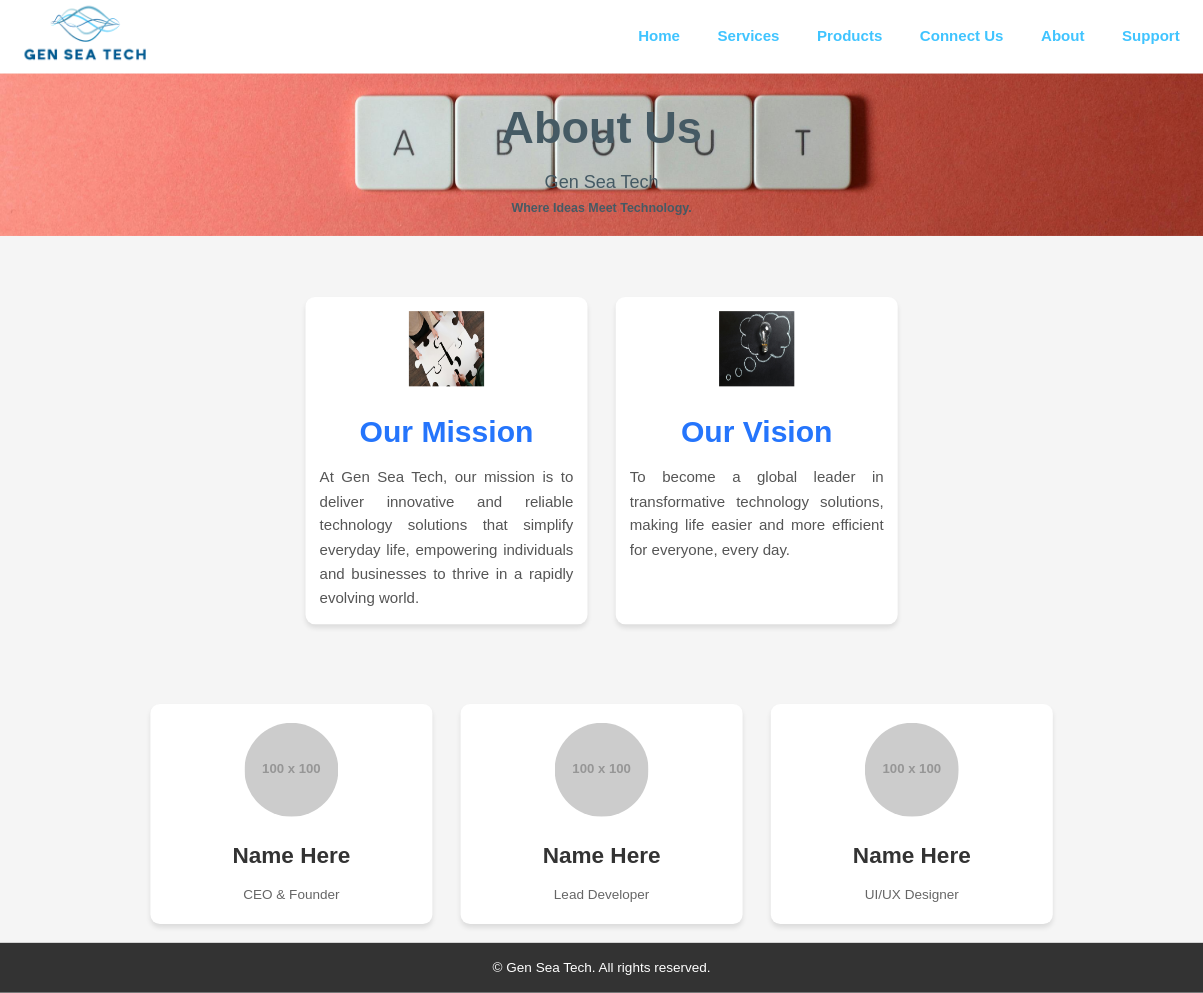
Repository: aniketkhatawkar/Gen_Sea_Tech
Page: http://localhost/GenSeaTech/about.jsp
The author's editor kept a copy of each file at every save. The page is drawn from the files as they stood at one save, then again after the next save.
The browser window is 1280 px wide. The pictures show the whole page, at 94% of full size.
The page is served by Tomcat 10. Other server files are loaded and not shown.

Above is the page before, as saved 2024-12-14 12:04:37.

### GenSeaTech/src/main/webapp/about.jsp
<!DOCTYPE html>
<html lang="en">
<head>
<meta charset="UTF-8">
<meta name="viewport" content="width=device-width, initial-scale=1.0">
<title>About</title>
<link rel="icon" href="assets/logo.png" type="image/png" >
<style>
    * {
        margin: 0;
        padding: 0;
        box-sizing: border-box;
        font-family: 'Arial', sans-serif;
    }

    body {
        background-color: #f5f5f5;
        color: #333;
        overflow-x: hidden;
    }

    header {
	    background:  url("assets/about.jpg") no-repeat center center;
	    background-size: cover;
	    object-fit: cover;
		color: #455a64;
	    padding: 20px 10px;
	    text-align: center;
	}

    header h1 {
        font-size: 3rem;
        margin-bottom: 5px;
    }

    header p {
        font-size: 1.2rem;
    }

    .mission-vision-section {
        display: flex;
        flex-wrap: wrap;
        justify-content: center;
        gap: 30px;
        margin: 15px;
        padding: 50px;
    }

    .mission-vision-card {
        background: white;
        border-radius: 10px;
        box-shadow: 0 4px 6px rgba(0, 0, 0, 0.1);
        padding: 15px;
        text-align: center;
        width: 300px;
        transition: transform 0.3s ease, box-shadow 0.3s ease;
    }

    .mission-vision-card img {
        width: 80px;
        height: 80px;
        margin-bottom: 15px;
    }

    .mission-vision-card h2 {
        font-size: 2rem;
        color: #2575fc;
        margin-bottom: 10px;
    }

    .mission-vision-card p {
        font-size: 1rem;
        line-height: 1.6;
        color: #555;
        text-align: justify;
    }

    .about-section {
        display: flex;
        flex-wrap: wrap;
        justify-content: center;
        padding: 20px 10px;
        gap: 30px;
    }

    .about-card {
        background: white;
        border-radius: 10px;
        box-shadow: 0 4px 6px rgba(0, 0, 0, 0.1);
        padding: 20px;
        text-align: center;
        width: 300px;
        transition: transform 0.3s ease, box-shadow 0.3s ease;
    }

    .about-card:hover {
        transform: translateY(-10px);
        box-shadow: 0 8px 12px rgba(0, 0, 0, 0.2);
    }

    .about-card img {
        width: 100px;
        height: 100px;
        border-radius: 50%;
        margin-bottom: 15px;
    }

    .about-card h3 {
        margin-bottom: 10px;
        font-size: 1.5rem;
    }

    .about-card p {
        font-size: 0.9rem;
        color: #666;
    }

    @media (max-width: 768px) {
        header h1 {
            font-size: 2.5rem;
        }

        .mission-vision-card {
            width: 100%;
            max-width: 400px;
        }

        .about-card {
            width: 100%;
            max-width: 300px;
        }
    }
</style>
</head>
<body>
	<!-- NavBar -->
	<%@ include file="navbar.jsp" %>

    <header>
        <h1>About Us</h1>
        <p>Gen Sea Tech</p>
        <h5>Where Ideas Meet Technology.</h5>
    </header>

    <section class="mission-vision-section">
        <div class="mission-vision-card">
            <img src="assets/mission.jpg" alt="Mission Icon">
            <h2>Our Mission</h2>
            <p>At Gen Sea Tech, our mission is to deliver innovative and reliable technology solutions that simplify everyday life, empowering individuals and businesses to thrive in a rapidly evolving world.</p>
        </div>

        <div class="mission-vision-card">
            <img src="assets/vision.jpg" alt="Vision Icon">
            <h2>Our Vision</h2>
            <p>To become a global leader in transformative technology solutions, making life easier and more efficient for everyone, every day.</p>
        </div>
    </section>

    <section class="about-section" id="team">
        <div class="about-card">
            <img src="https://via.placeholder.com/100" alt="Team Member">
            <h3>Name Here</h3>
            <p>CEO & Founder</p>
        </div>

        <div class="about-card">
            <img src="https://via.placeholder.com/100" alt="Team Member">
            <h3>Name Here</h3>
            <p>Lead Developer</p>
        </div>

        <div class="about-card">
            <img src="https://via.placeholder.com/100" alt="Team Member">
            <h3>Name Here</h3>
            <p>UI/UX Designer</p>
        </div>
    </section>

	<!-- Footer -->
    <%@ include file="footer.jsp" %>
</body>
</html>

### GenSeaTech/src/main/webapp/navbar.jsp
<%@ page language="java" contentType="text/html; charset=UTF-8"
    pageEncoding="UTF-8"%>
<!DOCTYPE html>
<html>
<head>
<meta charset="UTF-8">
<title>Gen Sea Tech</title>
<link rel="icon" href="assets/logo.png" type="image/png" >
<style>
* {
	margin: 0;
	padding: 0;
	box-sizing: border-box;
	font-family: Arial, sans-serif;
}

body {
	line-height: 1.6;
}
.navbar {
	background-color: #ffffff;
	color: #fff;
	padding: 5px 5px;
	display: flex;
	justify-content: space-between;
	align-items: center;
	position: relative;
}

.navbar a {
	color: #40c4ff;
	text-decoration: none;
	margin: 0 20px;
	font-weight: bold;
}

.navbar a:hover {
	color: #757575;
}

.links {
	display: flex;
}
@media (max-width: 768px) {
	.links {
		display: none;
		flex-direction: column;
		background-color: #333;
		position: absolute;
		top: 50px;
		right: 10px;
		width: 200px;
		border-radius: 5px;
		box-shadow: 0px 4px 6px rgba(0, 0, 0, 0.1);
	}

	.links a {
		margin: 10px 0;
		text-align: center;
	}

	.hamburger {
		display: flex;
	}

	.links.active {
		display: flex;
	}
}
</style>
</head>
<body>
	<div class="navbar">
		<div class="logo">
        <a href="home.jsp"><img src="assets/namelogo.png" alt="Gen Sea Tech Logo" style="height: 60px; margin-right: 10px;"></a>
    	</div>
		<div class="links">
			<a href="home.jsp">Home</a>
			<a href="services.jsp">Services</a>
			<a href="products.jsp">Products</a>
			<a href="connectus.jsp">Connect Us</a>
			<a href="about.jsp">About</a>
			<a href="#support.jsp">Support</a>
		</div>
	</div>
</body>
</html>

### GenSeaTech/src/main/webapp/footer.jsp
<%@ page language="java" contentType="text/html; charset=UTF-8"
    pageEncoding="UTF-8"%>
<!DOCTYPE html>
<html>

<head>

<style>
	footer {
        background-color: #333;
        color: white;
        text-align: center;
        padding: 15px;
        margin-top: 0px;
    }

    footer p {
        font-size: 0.9rem;
    }
</style>

	<meta charset="UTF-8">
	<title>Footer</title>
</head>

<body>
	<footer>
        <p>&copy; Gen Sea Tech. All rights reserved.</p>
    </footer>
</body>

</html>

After the next save:
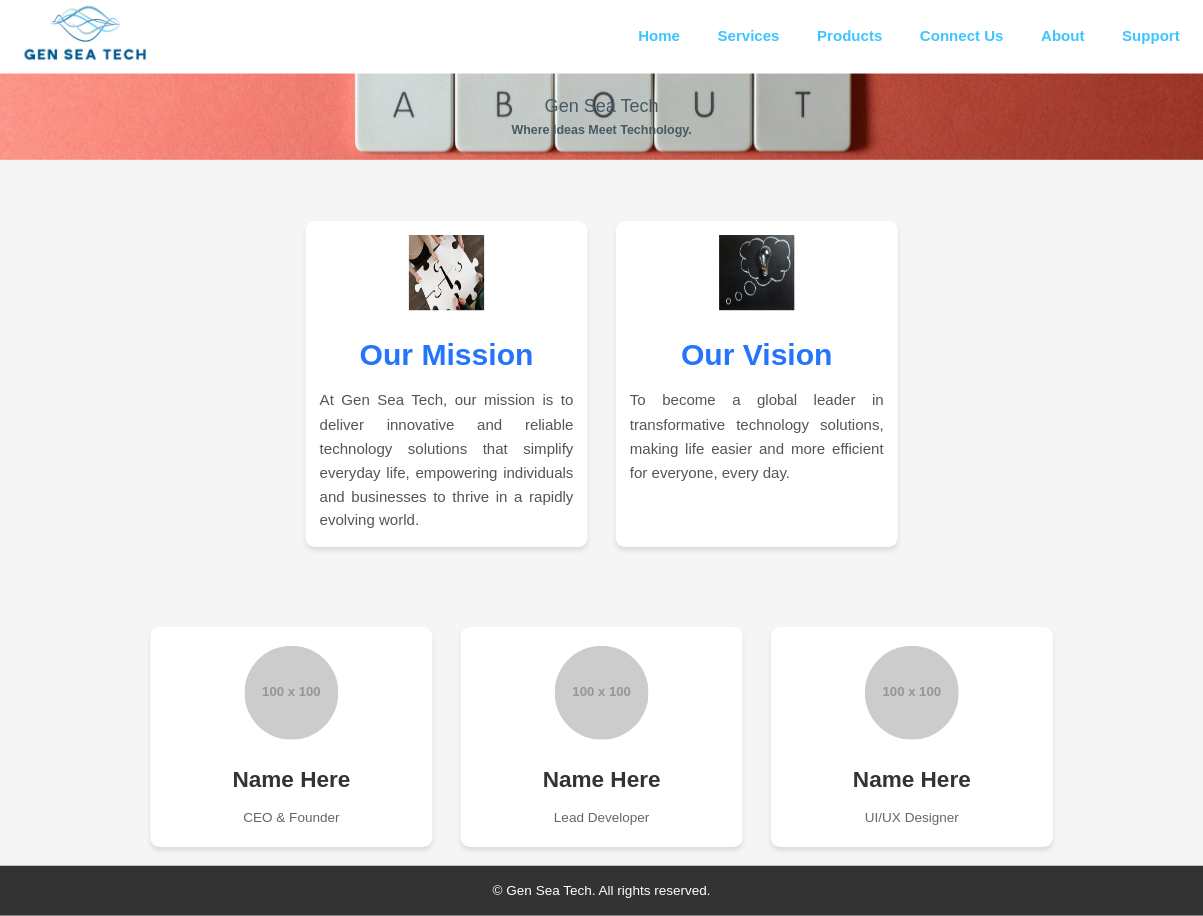
Saved 36 s later.
--- a/GenSeaTech/src/main/webapp/about.jsp
+++ b/GenSeaTech/src/main/webapp/about.jsp
@@ -137,7 +137,6 @@
 	<%@ include file="navbar.jsp" %>
 
     <header>
-        <h1>About Us</h1>
         <p>Gen Sea Tech</p>
         <h5>Where Ideas Meet Technology.</h5>
     </header>
